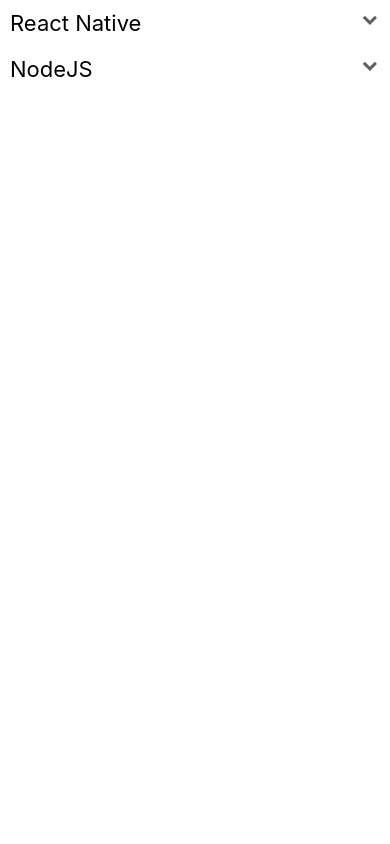
Repository: likanbl/intern-feature
Screen: /
An editor plug-in stored every save of this project. The screen is shown before and after the next save, followed by the edit.
The app was drawn by React Native's web renderer in a window 390 px wide. The project was rebuilt for these pictures with package versions that can differ from the ones it lists, and the page was loaded fresh each time.

Above is the screen before, as saved 2019-09-10 15:42:20.

### App.js
/**
 * Sample React Native App
 * https://github.com/facebook/react-native
 *
 * @format
 * @flow
 */

import React, {Component} from 'react';

import Home from './src/components/home/Home';

export default class App extends Component {
  render() {
    return <Home></Home>;
  }
}

### src/components/home/Home.js
import React, {Component} from 'react';
import {View, FlatList, Text, StyleSheet} from 'react-native';

import {HomeItem} from './HomeItem';

const data = [
  {title: 'React Native', description: 'JS Framework'},
  {title: 'NodeJS', description: 'JS Env '},
];
export default class Home extends Component {
  renderItem = ({item}) => <HomeItem item={item} />;

  render() {
    return (
      <View style={StyleSheet.container}>
        <FlatList
          data={data}
          renderItem={this.renderItem}
          keyExtractor={(index, _) => index + ''}
        />
      </View>
    );
  }
}

const styles = StyleSheet.create({
  container: {
    flex: 1,
    backgroundColor: 'white',
    paddingTop: 50,
  },
});

### src/components/home/HomeItem.js
import React, {Component} from 'react';
import {
  View,
  Text,
  Image,
  TouchableWithoutFeedback,
  StyleSheet,
} from 'react-native';
import PropTypes from 'prop-types';
import {images} from '../../assets/images';

const propTypes = {
  item: PropTypes.object,
};

class HomeItem extends Component {
  state = {
    isSelected: false,
  };

  onPress = () => {
    this.setState((prevState, prevProps) => ({
      isSelected: !prevState.isSelected,
    }));
  };

  renderDetails = () => (
    <View style={styles.titleContainer}>
      <Text style={styles.description}>{this.props.item.description}</Text>
    </View>
  );

  render() {
    const {isSelected} = this.state;
    return (
      <View style={styles.container}>
        <TouchableWithoutFeedback onPress={this.onPress}>
          <View style={styles.titleContainer}>
            <Text style={styles.title}>{this.props.item.title}</Text>
            <Image
              source={isSelected ? images.close : images.expand}
              style={styles.image}
            />
          </View>
        </TouchableWithoutFeedback>
        {isSelected && this.renderDetails()}
      </View>
    );
  }
}
HomeItem.propTypes = propTypes;

const styles = StyleSheet.create({
  container: {
    flex: 1,
    flexDirection: 'column',
    margin: 10,
  },
  titleContainer: {
    flexDirection: 'row',
    justifyContent: 'flex-end',
  },
  title: {
    flex: 1,
    fontSize: 22,
  },
  description: {
    flex: 1,
    fontSize: 22,
    color: 'gray',
    paddingTop: 10,
  },
  image: {
    width: 20,
    height: 20,
  },
});

export {HomeItem};

### src/assets/images.js
export const images = {
  expand: require('../../resources/expand.png'),
  close: require('../../resources/close.png'),
};

After the next save:
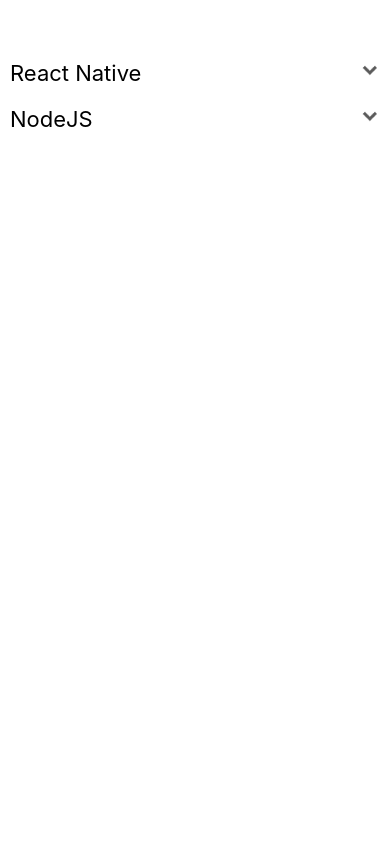
Saved 17 h 42 min later.
--- a/src/components/home/Home.js
+++ b/src/components/home/Home.js
@@ -12,7 +12,7 @@
 
   render() {
     return (
-      <View style={StyleSheet.container}>
+      <View style={styles.container}>
         <FlatList
           data={data}
           renderItem={this.renderItem}
